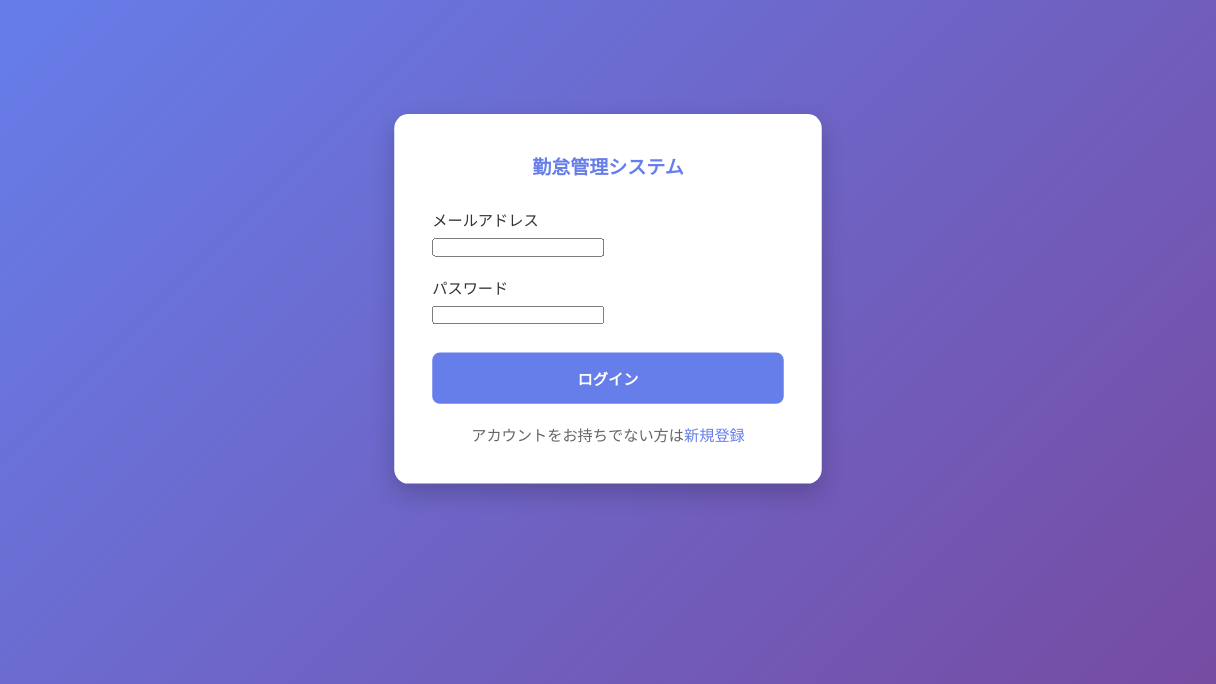
Repository: 04bit/WEB_HCJ
Page: index.html
An editor plug-in stored every save of this project. The page is shown before and after the next save, followed by the edit.
The browser window is 1280 px wide. The pictures show the whole page, at 95% of full size.

Above is the page before, as saved 2025-11-25 15:32:04.

### index.html
<!DOCTYPE html>
<html lang="ja">
<head>
    <meta charset="UTF-8">
    <meta name="viewport" content="width=device-width, initial-scale=1.0">
    <title>勤怠管理システム</title>
    <link rel="stylesheet" href="style.css">
</head>
<body>
    <div class="auth-container">
        <h1>勤怠管理システム</h1>
        <div class="error-message"></div>
        <form>
            <div class="form-group">
                <label>メールアドレス</label>
                <input type="email" id="loginEmail" required>
            </div>
            <div class="form-group">
                <label>パスワード</label>
                <input type="password" id="loginPassword" required>
            </div>
            <button type="submit" class="btn btn-primary">ログイン</button>
        </form>
        <div class="switch-form">
            アカウントをお持ちでない方は<a>新規登録</a>
        </div>
    </div>
</body>
</html>

### style.css
@charset "UTF-8";

* {
    margin: 0;
    padding: 0;
    box-sizing: border-box;
}

body {
    font-family: 'Segoe UI' sans-serif;
    background: linear-gradient(135deg, #667eea 0%, #764ba2 100%);
    min-height: 100vh;
    padding: 20px;
}

.auth-container {
    max-width: 450px;
    margin: 100px auto;
    background: white;
    padding: 40px;
    border-radius: 15px;
    box-shadow: 0 10px 25px rgba(0,0,0,0.2);
}

.auth-container h1 {
    color: #667eea;
    text-align: center;
    margin-bottom: 30px;
    font-size: 20px;
}

.form-group {
    margin-bottom: 20px;
}

.form-group label {
    display: block;
    margin-bottom: 8px;
    color: #333;
    font-weight: 500;
}

.btn {
    width: 100%;
    padding: 15px;
    border: none;
    border-radius: 8px;
    font-size: 16px;
    font-weight: bold;
    cursor: pointer;
    transition: all 0.3s;
    margin-top: 10px;
}

.btn-primary {
    background: #667eea;
    color: white;
}

.btn-primary:hover {
    background: #5568d3;
    transform: translateY(-2px);
}

.switch-form {
    text-align: center;
    margin-top: 20px;
    color: #666;
}

.switch-form a {
    color: #667eea;
    cursor: pointer;
    text-decoration: none;
}

After the next save:
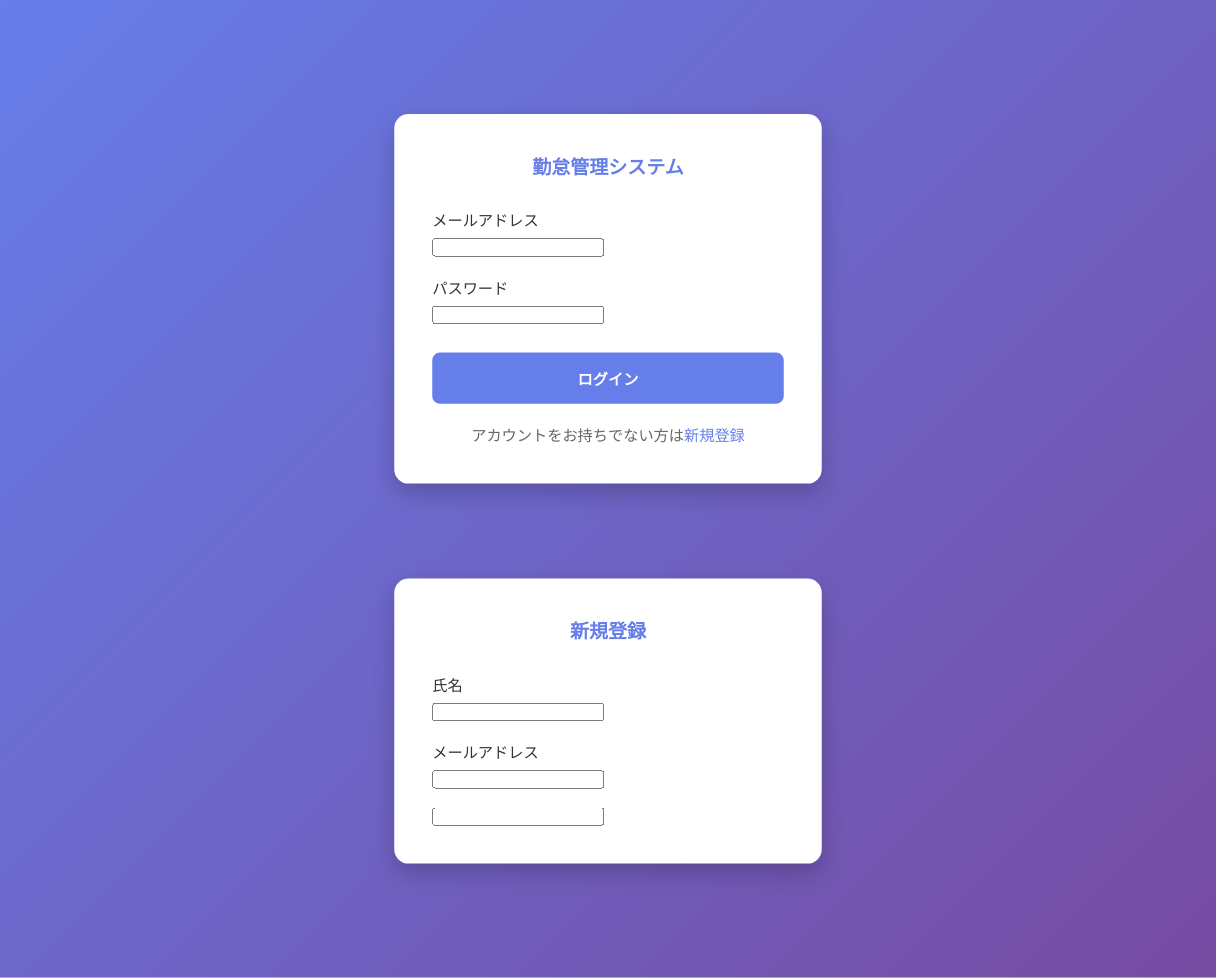
Saved 20 min 52 s later.
--- a/index.html
+++ b/index.html
@@ -7,23 +7,45 @@
     <link rel="stylesheet" href="style.css">
 </head>
 <body>
-    <div class="auth-container">
+    <!-- ログイン画面 -->
+    <div id="loginScreen" class="auth-container">
         <h1>勤怠管理システム</h1>
-        <div class="error-message"></div>
-        <form>
+        <div id="loginError" class="error-message"></div>
+        <form id="loginForm">
             <div class="form-group">
                 <label>メールアドレス</label>
-                <input type="email" id="loginEmail" required>
+                <input type="email" id="loginEmail" title="loginEmail" required>
             </div>
             <div class="form-group">
                 <label>パスワード</label>
-                <input type="password" id="loginPassword" required>
+                <input type="password" id="loginPassword" title="loginPassword" required>
             </div>
             <button type="submit" class="btn btn-primary">ログイン</button>
         </form>
         <div class="switch-form">
-            アカウントをお持ちでない方は<a>新規登録</a>
+            アカウントをお持ちでない方は<a id="showRegister">新規登録</a>
         </div>
+    </div>
+
+    <div id="registerScreen" class="auth-container hidden">
+        <h1>新規登録</h1>
+        <div id="registerError" class="error-message"></div>
+        <div id="registerSuccess" class="success-message"></div>
+        <form id="registerForm">
+            <div class="form-group">
+                <label>氏名</label>
+                <input type="text" id="registerName" title="registerName" required>
+            </div>
+            <div class="form-group">
+                <label>メールアドレス</label>
+                <input type="email" id="registerEmail" title="registerEmail" required minlength="6">
+            </div>
+            <div>
+                <label></label>
+                <input type="password" id="registerPassword" title="password">
+            </div>
+
+        </form>
     </div>
 </body>
 </html>
